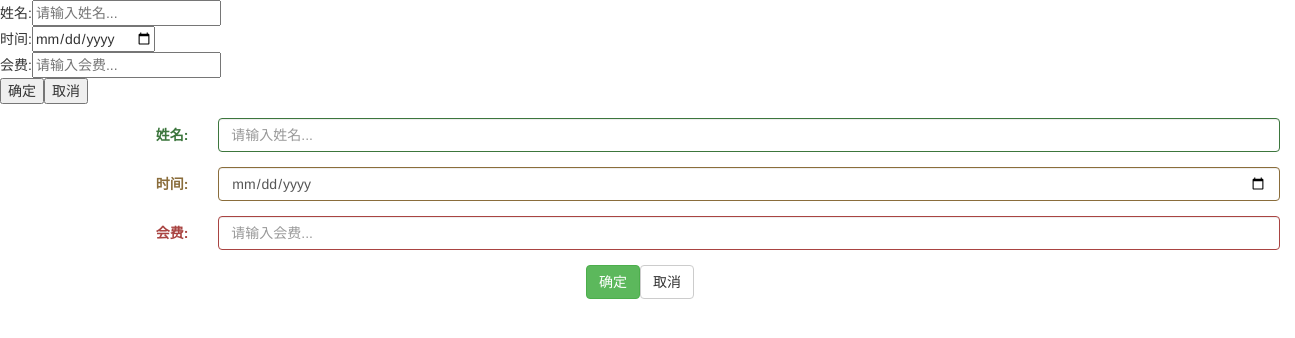
Repository: HelloChuang/HelloChuang-EclipseWorkSpace
Page: http://localhost/RetestServlet2/user_add.jsp
These files come from the project's save history. The page is drawn as it stood at one moment and after the next save; the edit follows.
The browser window is 1280 px wide. The page is 1295 px wide, so the pictures cover 1295 px, including what lies to the right of the window. The pictures show the whole page.
The page is served by Tomcat 9. Other server files are loaded and not shown.

Above is the page before, as saved 2018-10-31 06:53:34.

### EclipseWorkSpace/RetestServlet2/WebContent/user_add.jsp
<%@ page language="java" contentType="text/html; charset=UTF-8"
    pageEncoding="UTF-8"%>
<!DOCTYPE>
<html>
<head>
<meta http-equiv="Content-Type" content="text/html; charset=UTF-8">
<link rel="stylesheet" type="text/css" href="${pageContext.request.contextPath}/css/bootstrap.min.css">
<script type="text/javascript"  href="${pageContext.request.contextPath}/js/jquery-1.9.1.js"></script>
<script type="text/javascript"  href="${pageContext.request.contextPath}/js/bootstrap.min.js"></script>
<title>首页</title>
</head>
<body>
<form action="AddUserAction">
	姓名:<input type="text" name="uname" required="required" placeholder="请输入姓名..."/><br/>
	时间:<input type="date" name="udate" required="required" placeholder="请输入入会时间..."/><br/>
	会费:<input type="number" name="umoney" required="required" placeholder="请输入会费..."/><br/>
	<button type="submit">确定</button><button type="reset">取消</button>
</form>

<form class="form-horizontal" role="form" action="AddUserAction">
<div class="form-group has-success">
    <label class="col-sm-2 control-label" for="inputSuccess">姓名:</label>
    <div class="col-sm-10">
      <input type="text" class="form-control" name="uname"required="required" placeholder="请输入姓名...">
    </div>
  </div>
  <div class="form-group has-warning">
    <label class="col-sm-2 control-label" for="inputWarning">时间:</label>
    <div class="col-sm-10">
      <input type="date" class="form-control"name="udate" id="inputWarning" required="required"placeholder="请输入入会时间...">
    </div>
  </div>
  <div class="form-group has-error">
    <label class="col-sm-2 control-label" for="inputError">会费:</label>
    <div class="col-sm-10">
      <input type="number"name="umoney" class="form-control" id="inputError" required="required"placeholder="请输入会费...">
    </div>
  </div>

  <div align="center"><button type="submit" class="btn btn-success">确定</button><button type="reset"class="btn btn-default">取消</button></div>
</body>
</html>

Loaded but not shown: EclipseWorkSpace/RetestServlet2/WebContent/css/bootstrap.min.css (library)

After the next save:
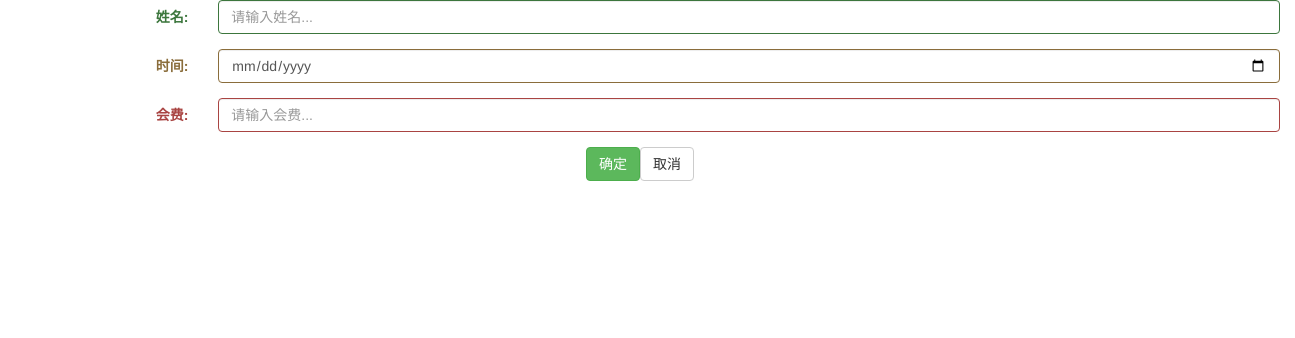
Saved 60 s later.
--- a/EclipseWorkSpace/RetestServlet2/WebContent/user_add.jsp
+++ b/EclipseWorkSpace/RetestServlet2/WebContent/user_add.jsp
@@ -10,12 +10,6 @@
 <title>首页</title>
 </head>
 <body>
-<form action="AddUserAction">
-	姓名:<input type="text" name="uname" required="required" placeholder="请输入姓名..."/><br/>
-	时间:<input type="date" name="udate" required="required" placeholder="请输入入会时间..."/><br/>
-	会费:<input type="number" name="umoney" required="required" placeholder="请输入会费..."/><br/>
-	<button type="submit">确定</button><button type="reset">取消</button>
-</form>
 
 <form class="form-horizontal" role="form" action="AddUserAction">
 <div class="form-group has-success">
